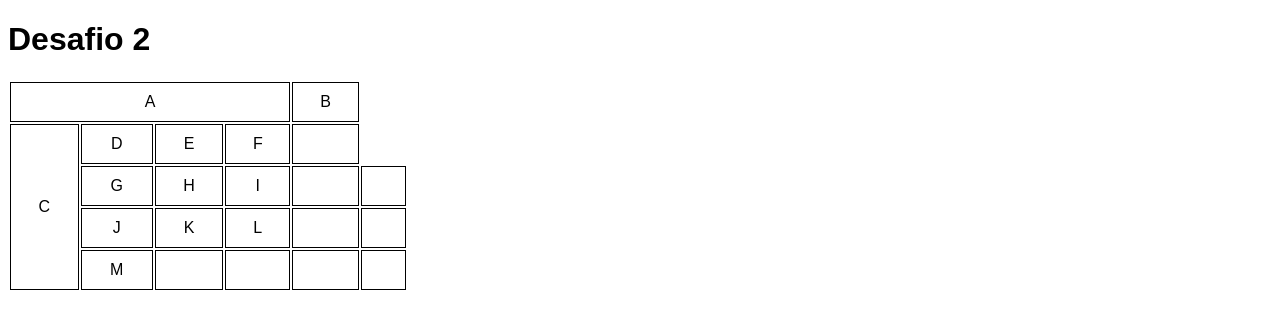
Repository: railsondev/html-css
Page: Módulo3/Desafio/D03 - tabela 1/tabela1.html
These files come from the project's save history. The page is drawn as it stood at one moment and after a run of saves; the edit follows.
The browser window is 1280 px wide. The pictures show the whole page.

Above is the page before, as saved 2024-10-19 22:21:11.

After the next 3 saves:
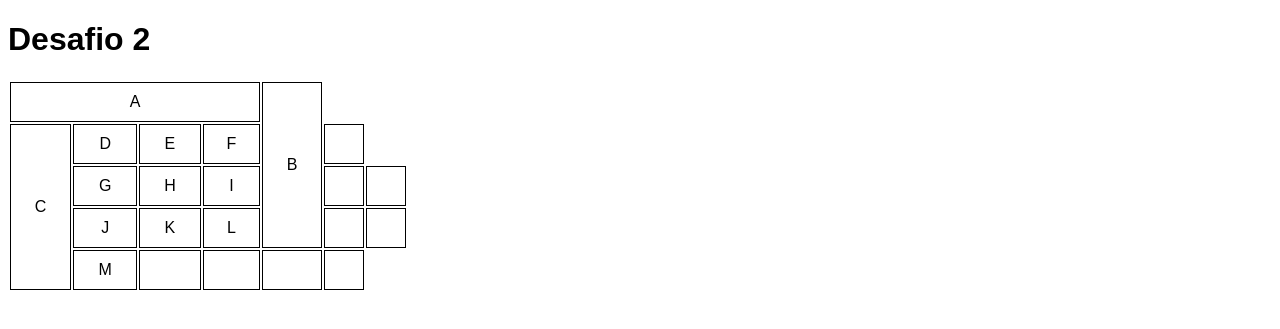
The 3 saves are shown as one change because they came seconds apart.
The last was saved 41 s later.
--- a/Módulo3/Desafio/D03 - tabela 1/tabela1.html
+++ b/Módulo3/Desafio/D03 - tabela 1/tabela1.html
@@ -11,7 +11,7 @@
   <table>
     <tr>
       <td colspan="4">A</td>
-      <td>B</td>
+      <td rowspan="4">B</td>
     </tr>
     <tr>
       <td rowspan="4">C</td>
